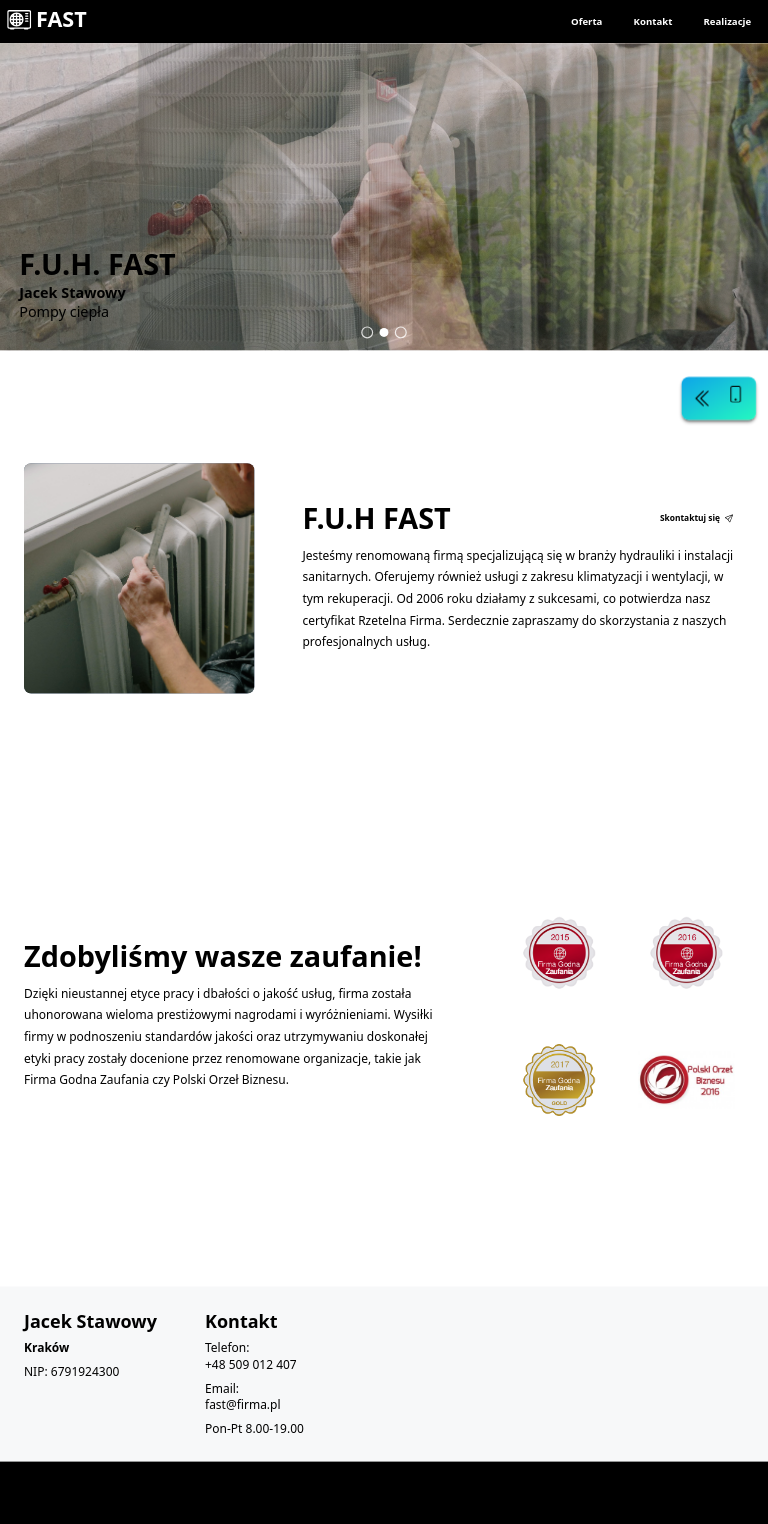
Repository: piotrokrutniak/Fast-CompanyWebsite
Page: /
An editor plug-in stored every save of this project. The page is shown before and after the next save, followed by the edit.
The browser window is 1280 px wide. The pictures show the whole page, at 60% of full size.
The project was rebuilt for these pictures with package versions that can differ from the ones it lists, and the page was loaded fresh each time. The framework's server and built-in components were replaced by stand-ins that run in the browser. Also part of the build but not shown: next.config.js, src/app/components/common/carousel.js.

Above is the page before, as saved 2023-10-22 11:53:14.

### src/app/layout.js
import FootBar from './components/footbar/footbar'
import Navbar from './components/navbar/navbar'
import QuickContact from './components/quickContact'
import './globals.css'
import { Inter } from 'next/font/google'

const inter = Inter({ subsets: ['latin'] })

export const metadata = {
  title: 'Fast - Klimatyzacje Kraków',
  description: 'F.U.H. Fast Jacek Stawowy - Klimatyzacje Kraków-Niepołomice',
}

export default function RootLayout({ children }) {
  return (
    <html lang="pl" className="!scroll-smooth">


          <Navbar/>
          {children}
          <QuickContact/>
          <FootBar/>


    </html>
  )
}

### src/app/page.js
import Image from 'next/image'
import CarouselComponent from './components/common/carousel';
import ButtonBase from './components/common/buttonBase';
import {BsSend} from "react-icons/bs"
import award2015 from "./media/img/2015.png"
import award2016 from "./media/img/2016.png"
import award2017 from "./media/img/2017gold.png"
import award2016orzel from "./media/img/pob.jpg"
import ac1 from "./media/img/air-conditioning-2.jpg"
import ac2 from "./media/img/heat-pump-2.jpg"
import ac3 from "./media/img/heating-2.jpg"
import Link from 'next/link';
import { CarouselSlider } from './components/common/carouselSlider';


export default function Home() {

  const slides = [
    {img: ac1, desc:"Klimatyzacje"},
    {img: ac2, desc:"Pompy ciepła"},
    {img: ac3, desc:"Instalacje grzewcze"}
  ]

  return (
    <>
    <CarouselSlider slides={slides}/>
    <main className="min-h-screen">
      <div className="z-10 w-full items-center justify-between text-sm lg:flex p-10 max-xs:p-5">
        <div className='max-w-7xl m-auto flex gap-20 py-10 sm:py-32 align-middle h-full max-md:flex-col-reverse max-lg:gap-10'>
          <div className='w-96 h-96 shrink-0 bg-slate-500 rounded-xl relative self-center max-md:w-full overflow-clip'>
            <Image src={ac3} layout='fill' objectFit='cover'/>
          </div>
          <div className='relative self-center'>
            <div className='flex justify-between gap-5 max-lg:flex-col mb-5'>
              <h1 className='text-5xl font-semibold max-sm:text-3xl'>F.U.H FAST</h1>
              <Link href={"/kontakt"}>
                <ButtonBase text="Skontaktuj się" color="black" icon={<BsSend/>} className="px-2 h-12 border-solid border-2 border-white/25 hover:border-white w-fit"/>
              </Link>
            </div>
            <h2 className='text-xl font-thin leading-9 max-sm:text-lg'>Jesteśmy renomowaną firmą specjalizującą się w branży hydrauliki i instalacji sanitarnych. Oferujemy również usługi z zakresu klimatyzacji i wentylacji, w tym rekuperacji. Od 2006 roku działamy z sukcesami, co potwierdza nasz certyfikat Rzetelna Firma. Serdecznie zapraszamy do skorzystania z naszych profesjonalnych usług.</h2>
          </div>
        </div>
      </div>

      <div className="z-10 w-full items-center justify-between text-sm lg:flex p-10 max-xs:p-5">
        <div className='max-w-7xl m-auto flex gap-20 py-10 sm:py-32 align-middle h-full max-md:flex-col max-lg:gap-10'>
          <div className='relative self-center'>
            <div className='flex justify-between max-lg:flex-col gap-5 mb-5'>
              <h1 className='text-5xl font-semibold max-sm:text-3xl'>Zdobyliśmy wasze zaufanie!</h1>
            </div>
            <h2 className='text-xl font-thin leading-9 max-sm:text-lg'>Dzięki nieustannej etyce pracy i dbałości o jakość usług, firma została uhonorowana wieloma prestiżowymi nagrodami i wyróżnieniami. Wysiłki firmy w podnoszeniu standardów jakości oraz utrzymywaniu doskonałej etyki pracy zostały docenione przez renomowane organizacje, takie jak Firma Godna Zaufania czy Polski Orzeł Biznesu.</h2>
          </div>
          <div className='flex self-center shrink-0 h-full max-md:pt-10 max-sm:pt-5'>
            <div className='grid grid-cols-2 gap-5 self-center'>
              <Link href="https://www.firmagodnazaufania.pl/about" target="_blank">
                <div className='w-48 h-48 shrink-0 bg-white rounded-xl relative items-center justify-center flex cursor-pointer max-sm:w-36 max-sm:h-36 p-4'>
                  <Image src={award2015} alt="Firma Godna Zaufania 2015" className='text-black' width={120} height={120}/>
                </div>
              </Link>
              <Link href="https://www.firmagodnazaufania.pl/about" target="_blank">
                <div className='w-48 h-48 shrink-0 bg-white rounded-xl relative items-center justify-center flex cursor-pointer max-sm:w-36 max-sm:h-36 p-4'>
                  <Image src={award2016} alt="Firma Godna Zaufania 2015" className='text-black' width={120} height={120}/>
                </div>
              </Link>
              <Link href="https://www.firmagodnazaufania.pl/about" target="_blank">
                <div className='w-48 h-48 shrink-0 bg-white rounded-xl relative items-center justify-center flex cursor-pointer max-sm:w-36 max-sm:h-36 p-4'>
                  <Image src={award2017} alt="Firma Godna Zaufania 2015" className='text-black' width={120} height={120}/>
                </div>
              </Link>
              <Link href="http://www.polskiorzelbiznesu.pl/" target="_blank">
                <div className='w-48 h-48 shrink-0 bg-white rounded-xl relative items-center justify-center flex cursor-pointer max-sm:w-36 max-sm:h-36 p-4'>
                  <Image src={award2016orzel} alt="Firma Godna Zaufania 2015" className='text-black' width={170} height={120}/>
                </div>
              </Link>
            </div>
          </div>
        </div>
      </div>

    </main>
    </>
  )
}

### src/app/components/footbar/footbar.js
import Link from "next/link";

export default function FootBar(){
    return(
        <footer className="bg-slate-500/5 mt-20">
            <div className="max-w-7xl w-full max-sm:px-5 p-10 flex gap-8 sm:gap-20 m-auto">
                <div className="flex flex-col gap-3">
                    <h1 className="font-bold text-2xl md:text-3xl">Jacek Stawowy</h1>
                    <h2 className="font-semibold text-xl">Kraków</h2>
                    <h2 className="font-thin text-xl">NIP: 6791924300</h2>
                </div>

                <div className="flex flex-col gap-3">
                    <h1 className="font-bold text-2xl md:text-3xl">Kontakt</h1>
                    <h2 className="font-thin text-xl">Telefon:
                    <Link href={"tel:+48 509 012 407"} className="cursor-pointer hover:text-emerald-200">
                        <p className="whitespace-nowrap">
                            +48 509 012 407
                        </p>
                    </Link>
                    </h2>
                    <h2 className="font-thin text-xl">Email:
                    <Link href={"email:fast@firma.pl"} className="cursor-pointer hover:text-emerald-200">
                        <p className="whitespace-nowrap">
                            fast@firma.pl
                        </p>
                    </Link>
                    </h2>
                    <h2 className="font-thin text-xl">Pon-Pt 8.00-19.00</h2>
                </div>
            </div>
            <div className="bg-black flex p-10 ">
                <div className="xs:m-auto w-fit">
                    © Piotr Okrutniak 2022
                </div>
            </div>
        </footer>
    )
}

### src/app/components/navbar/navbar.js
"use client";
import { useState } from "react";
import ButtonBase from "../common/buttonBase";
import AcLogo from "../icons/ac";
import {BsList, BsXLg} from "react-icons/bs";
import Link from "next/link";

export default function Navbar(){
    const [mobileOpen, setMobileOpen] = useState(false)

    return(
        <nav className="sticky bg-black top-0 w-full py-3 px-5 sm:px-3  z-50">
            <div className="flex justify-between mx-auto max-w-7xl h-auto align-middle">
                <Link href="/">
                    <div className="text-white text-4xl font-bold hover:cursor-pointer flex gap-2 align-middle
                        hover:text-emerald-200 hover:fill-emerald-200 fill-white active:opacity-90 transition-all">
                        <AcLogo className="h-10 w-10 top-px relative"/>
                        FAST
                    </div>
                </Link>
                <div className="align-middle gap-5 text-black transition-all ease-in hidden sm:flex">
                    <Link href="/oferta">
                        <ButtonBase text="Oferta" color="bg-transparent" className="hover:bg-slate-400/25 text-white"  onClick={() => setMobileOpen(false)}/>
                    </Link>
                    <Link href="/kontakt">
                        <ButtonBase text="Kontakt" color="bg-transparent" className="hover:bg-slate-400/25 text-white"  onClick={() => setMobileOpen(false)}/>
                    </Link>
                    <Link href="/realizacje">
                        <ButtonBase text="Realizacje" color="bg-transparent" className="hover:bg-slate-400/25 text-white"  onClick={() => setMobileOpen(false)}/>
                    </Link>
                </div>
                <div className=" sm:hidden flex">
                    <BsList className="h-12 w-12 cursor-pointer hover:fill-emerald-200 active:opacity-90" onClick={() => setMobileOpen(true)}/>
                </div>
            </div>

            <div className={`${mobileOpen ? "" : "translate-x-full"} absolute w-screen h-screen bg-black left-0 top-0 sm:hidden transition-all`}>
                <div id="mobile-header" className="flex p-3 cursor-pointer" onClick={() => setMobileOpen(false)}>
                    <BsXLg className="w-14 h-14 p-2 hover:fill-emerald-200 active:opacity-70 absolute right-4"/>
                </div>
                <div id="mobile-list" className="flex flex-col w-full gap-8 justify-center text-xl px-5 py-32">
                    <Link href="/kontakt" onClick={() => setMobileOpen(false)}>
                        <ButtonBase text="Kontakt" className="w-full py-6 px-10 bg-gradient-to-br hover:from-sky-500 hover:to-emerald-200 self-center" color="bg-slate-500/25"/>
                    </Link>
                    <Link href="/oferta" onClick={() => setMobileOpen(false)}>
                        <ButtonBase text="Oferta" className="w-full py-6 px-10 bg-gradient-to-br hover:from-sky-500 hover:to-emerald-200 self-center" color="bg-slate-500/25"/>
                    </Link>
                    <Link href="/realizacje" onClick={() => setMobileOpen(false)}>
                        <ButtonBase text="Realizacje" className="w-full py-6 px-10 bg-gradient-to-br hover:from-sky-500 hover:to-emerald-200 self-center" color="bg-slate-500/25"/>
                    </Link>
                    <Link href="/" onClick={() => setMobileOpen(false)}>
                        <ButtonBase text="Strona Główna" className="w-full py-6 px-10 bg-gradient-to-br hover:from-sky-500 hover:to-emerald-200 self-center" color="bg-slate-500/25"/>
                    </Link>
                </div>
                <div className="p-10 justify-self-center w-full text-center bottom-0 absolute">
                    © Piotr Okrutniak 2022
                </div>
            </div>
        </nav>
    )
}

### src/app/components/quickContact.js
"use client";

import Link from "next/link";
import { useState } from "react"
import {BsChevronDoubleRight, BsPhone} from "react-icons/bs"

export default function QuickContact(){
    const [folded, setFolded] = useState(true)

    function Transition(){
        setFolded((old) => !old)
    }

    return(
        <div className="bg-gradient-to-br from-sky-500 to-emerald-200 rounded-xl w-fit sm:p-5 p-3 text-base
            font-normal shadow-md shadow-black/50 fixed right-5 bottom-5 flex items-center gap-4 transition-all ease-in-out whitespace-nowrap">
            <BsChevronDoubleRight className={`${folded ? "rotate-180" : "rotate-0"} transition-all ease-in h-8 w-8 cursor-pointer active:opacity-60 select-none`}
                onClick={() => Transition()}/>
            <div className="flex gap-2">
                <p className={`${folded ? "w-0" : "w-72 max-sm:w-44"} overflow-hidden transition-all ease-in flex max-sm:flex-col`}><p>Skontaktuj się z nami:</p> <Link href={"tel:+48 509 012 407"} className="cursor-pointer">+48 509 012 407</Link></p>
                <BsPhone className="h-7 w-7 animate-bounce self-center"/>
            </div>
        </div>
    )
}

### src/app/globals.css
@import 'tailwindcss/base';
@import 'tailwindcss/components';
@import 'tailwindcss/utilities';

:root {

}

@media (prefers-color-scheme: dark) {
  :root {
    --foreground-rgb: 255, 255, 255;
    scroll-behavior: smooth;
  }
}

body {
  color: rgb(var(--foreground-rgb));
  background: linear-gradient(
      to bottom,
      transparent,
      rgb(var(--background-end-rgb))
    )
    rgb(var(--background-start-rgb));
}

@layer base {
  html {
    scroll-behavior: smooth;
  }
}

### src/app/components/common/buttonBase.js
export default function ButtonBase({...props}){
    return(
        <button className={`${props.className} ${props.color ?? "bg-sky-500"} py-3 px-4 rounded-lg font-semibold active:opacity-80 flex items-center gap-2 whitespace-nowrap transition-all`}
            onClick={props.onClick}>
            {props.text} {props.icon ?? ""}
        </button>
    )
}

### src/app/components/common/carouselSlider.js
"use client"
import Image from "next/image"
import { useEffect, useRef, useState } from "react"
import { BsChevronCompactLeft, BsChevronCompactRight } from "react-icons/bs"


export function CarouselSlider({slides}){
    const [activeIndex, setActiveIndex] = useState(0)

    function PrevSlide() {
      setActiveIndex(prevIndex => (prevIndex === 0 ? slides.length - 1 : prevIndex - 1))
    }

    function NextSlide() {
      setActiveIndex(prevIndex => (prevIndex === slides.length - 1 ? 0 : prevIndex + 1))
    }

    function GoToSlide(index) {
      setActiveIndex(index)
    }

    function useAutoSlide(intervalTime) {
      const intervalRef = useRef(null);

      function resetTimer() {
        clearInterval(intervalRef.current)
        startTimer()
      }

      function startTimer() {
        intervalRef.current = setInterval(() => {
          NextSlide();
        }, intervalTime)
      }

      useEffect(() => {
        startTimer()

        return () => {
          clearInterval(intervalRef.current)
        };
      }, []);

      useEffect(() => {
        resetTimer()
      }, [activeIndex])

      return resetTimer
    }

    const resetTimer = useAutoSlide(5000)

    return(
        <>
        <div className="w-full max-w-7xl relative mx-auto overflow-clip group">
        <div className={`relative w-full max-w-7xl h-128 flex overflow-visible -translate-x-[${activeIndex * 100}%] transition-all`}>
            {slides.map((image, index) => <CarouselPanel image={image} key={index} index={index} />)}
        </div>
        <div className='flex w-full justify-between center top-0 h-full place-items-center absolute p-2'>
            <div className='bg-black/10 p-2 rounded-2xl sm:hidden group-hover:block hover:bg-black/20 active:scale-95'>
                <BsChevronCompactLeft color='white' className='w-10 z-10 h-10 cursor-pointer opacity-60 hover:opacity-100
                    transition-all active:scale-95' onClick={() => PrevSlide()}/>
            </div>
            <div className='bg-black/10 p-2 z-10 rounded-2xl sm:hidden group-hover:block hover:bg-black/20 active:scale-95'>
                <BsChevronCompactRight color='white' className='w-10 h-10 cursor-pointer opacity-60 hover:opacity-100
                       transition-all active:scale-95' onClick={() => NextSlide()}/>
            </div>
        </div>
        <div className='absolute bottom-12 px-8 z-20 max-sm:px-5'>
            <div className='font-bold text-5xl relative max-sm:text-4xl'>F.U.H. FAST</div>
            <div className='font-semibold text-2xl pt-2 relative max-sm:text-xl'>Jacek Stawowy</div>
            <div className='font-thin text-2xl relative max-sm:text-lg'>{slides[activeIndex].desc}</div>
        </div>
        </div>

        <div className='flex justify-center relative gap-2 -top-10 transition-all'>
            {slides.map((slide, index) => {
                return <div key={index} onClick={() => GoToSlide(index)}
                    className={`${index === activeIndex ? "bg-white scale-75" : ""} cursor-pointer w-5 h-5 border-solid border-2 border-white/80
                    rounded-full hover:scale-110`}/>
            })}
        </div>
        </>
    )
}

function CarouselPanel({image, index}){
    const offset = index * 100
    return (
        <div className={`w-full h-full absolute left-[${offset}%] `}>
            <Image src={image.img} alt={image.desc} layout='fill' objectFit='cover' className="h-full opacity-60"/>
        </div>
        )
}

### src/app/components/icons/ac.js
export default function AcLogo({...props}){
    return(
        <svg
            xmlns="http://www.w3.org/2000/svg"
            xmlSpace="preserve"
            width={800}
            height={800}
            viewBox="0 0 507.802 507.802"
            {...props}
        >
            <path d="M465.7 47.901H42.3c-23.3 0-42.3 18.9-42.3 42.3v313.3c0 23.3 19 42.3 42.3 42.3h16.1c0 7.8 6.3 14.1 14.1 14.1H139c7.8 0 14.1-6.3 14.1-14.1h201.6c0 7.8 6.3 14.1 14.1 14.1h66.5c7.8 0 14.1-6.3 14.1-14.1h16.1c23.3 0 42.3-19 42.3-42.3v-313.3c.2-23.4-18.8-42.3-42.1-42.3zm0 369.7H42.3c-7.8 0-14.1-6.3-14.1-14.1v-313.3c0-7.8 6.3-14.1 14.1-14.1h423.3c7.8 0 14.1 6.3 14.1 14.1v313.3h.1c0 7.8-6.3 14.1-14.1 14.1z" />
            <path d="M435.6 107.801H391c-7.8 0-14.1 6.3-14.1 14.1s6.3 14.1 14.1 14.1h44.6c7.8 0 14.1-6.3 14.1-14.1s-6.3-14.1-14.1-14.1zM435.6 161.601H391c-7.8 0-14.1 6.3-14.1 14.1s6.3 14.1 14.1 14.1h44.6c7.8 0 14.1-6.3 14.1-14.1s-6.3-14.1-14.1-14.1zM435.6 215.301H391c-7.8 0-14.1 6.3-14.1 14.1s6.3 14.1 14.1 14.1h44.6c7.8 0 14.1-6.3 14.1-14.1s-6.3-14.1-14.1-14.1zM435.6 269.101H391c-7.8 0-14.1 6.3-14.1 14.1s6.3 14.1 14.1 14.1h44.6c7.8 0 14.1-6.3 14.1-14.1s-6.3-14.1-14.1-14.1zM198.3 99.701c-81.1 0-147.1 66-147.1 147.1s66 147.1 147.1 147.1 147.1-66 147.1-147.1-66-147.1-147.1-147.1zm-80.9 233.9c-2-1.9-3.9-3.8-5.8-5.8h5.8v5.8zm0-34H92c-5.9-11.9-10-24.9-11.6-38.6h37v38.6zm0-66.9h-37c1.6-13.7 5.6-26.7 11.6-38.6h25.4v38.6zm0-66.8h-5.8c1.9-2 3.8-3.9 5.8-5.8v5.8zm66.8 198.9c-13.7-1.6-26.7-5.7-38.6-11.6v-25.4h38.6v37zm0-65.2h-38.6v-38.6h38.6v38.6zm0-66.9h-38.6v-38.6h38.6v38.6zm0-66.8h-38.6v-25.4c11.9-5.9 24.9-10 38.6-11.6v37zm95.1-5.8c2 1.9 3.9 3.8 5.8 5.8h-5.8v-5.8zm0 34h25.4c5.9 11.9 10 24.9 11.6 38.6h-37v-38.6zm-28.2 159.1c-11.9 5.9-24.9 10-38.6 11.6v-37h38.6v25.4zm0-53.6h-38.6v-38.6h38.6v38.6zm0-66.9h-38.6v-38.6h38.6v38.6zm0-66.8h-38.6v-37c13.7 1.6 26.7 5.7 38.6 11.6v25.4zm28.2 167.7v-5.8h5.8c-1.9 2-3.8 4-5.8 5.8zm0-34v-38.6h37c-1.6 13.7-5.7 26.7-11.6 38.6h-25.4z" />
        </svg>
    )
}

### tailwind.config.js
/** @type {import('tailwindcss').Config} */
module.exports = {
  content: [
    './src/pages/**/*.{js,ts,jsx,tsx,mdx}',
    './src/components/**/*.{js,ts,jsx,tsx,mdx}',
    './src/app/**/*.{js,ts,jsx,tsx,mdx}',
  ],
  theme: {
    extend: {
      backgroundImage: {
        'gradient-radial': 'radial-gradient(var(--tw-gradient-stops))',
        'gradient-conic':
          'conic-gradient(from 180deg at 50% 50%, var(--tw-gradient-stops))',
      },
      height:{
        'screen-1/2': '50vh',
        'screen-1/4': '25vh',
        'screen-3/4': '75vh',
        'screen-3/5': '60vh',
        'screen-2/3': '66vh',
        'screen-1/3': '33vh',
        '112': '28rem',
        '128': '32rem',
      },
      minHeight:{
        'screen-1/2': '50vh',
        'screen-1/4': '25vh',
        'screen-3/4': '75vh',
        'screen-2/3': '66vh',
        'screen-1/3': '33vh',
        '112': '28rem',
        '128': '32rem',
      },
      width:{
        '112': '28rem',
        '128': '32rem',
      },
      colors:{
        "emerald":{
          "50": "#b0fde8",
          "100": "#60FBD2",
          "200": "#24F9C1",
          "400": "#06EFB1",
          "500": "#06d6a0",
        }
      },
      minWidth:{
        'mobile': '360px',
        '54': '258px',
      },
      screens:{
        'xs': '580px',
        '850': '850px',
      },
    },
  },
  plugins: [],
}

After the next save:
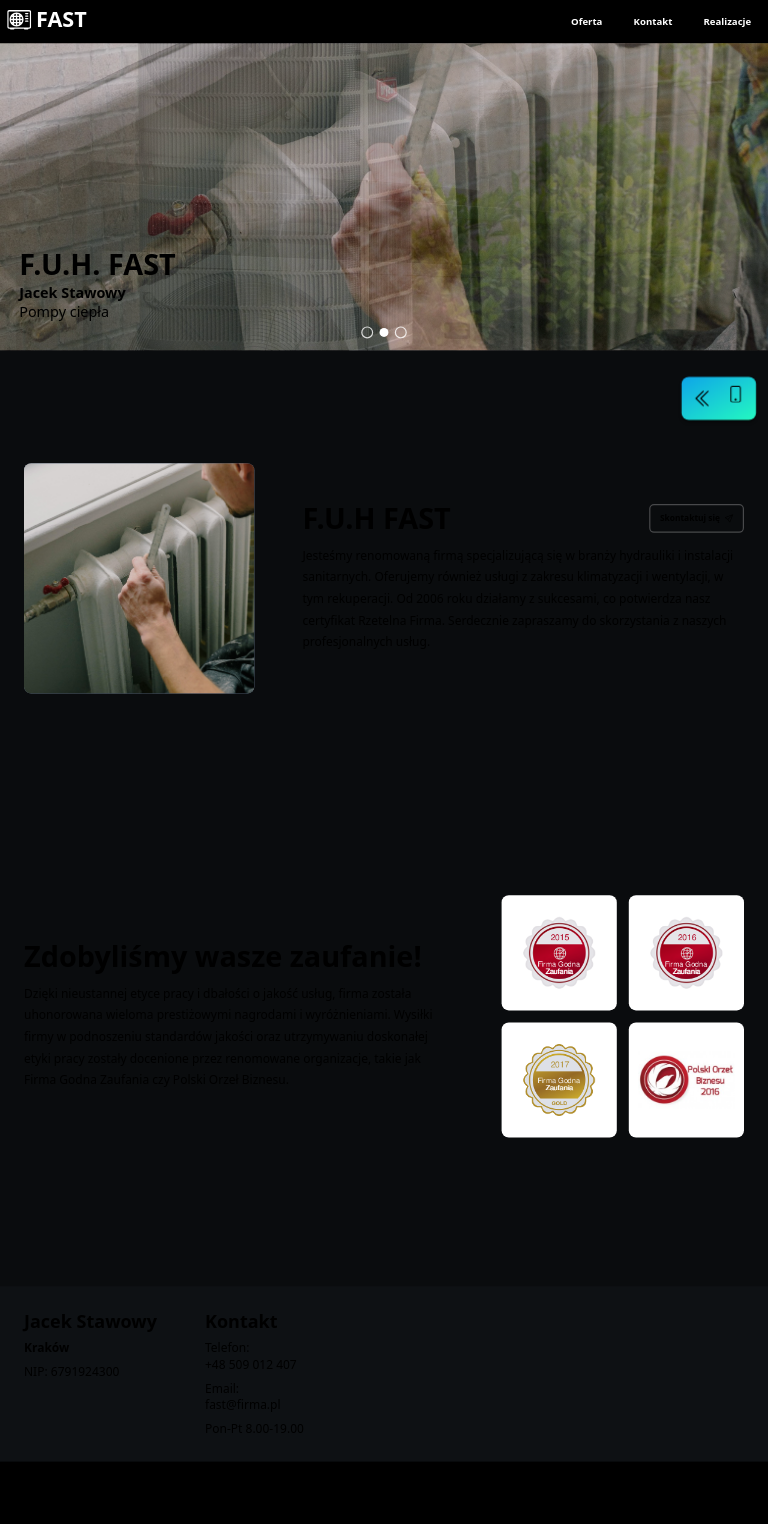
Saved 7 s later.
--- a/src/app/layout.js
+++ b/src/app/layout.js
@@ -14,14 +14,14 @@ export const metadata = {
 export default function RootLayout({ children }) {
   return (
     <html lang="pl" className="!scroll-smooth">
-
-
+      <body className='bg-black min-w-mobile overflow-x-clip'>
+        <div className='bg-slate-500/10 min-h-screen relative'>
           <Navbar/>
           {children}
           <QuickContact/>
           <FootBar/>
-
-
+        </div>
+      </body>
     </html>
   )
 }
